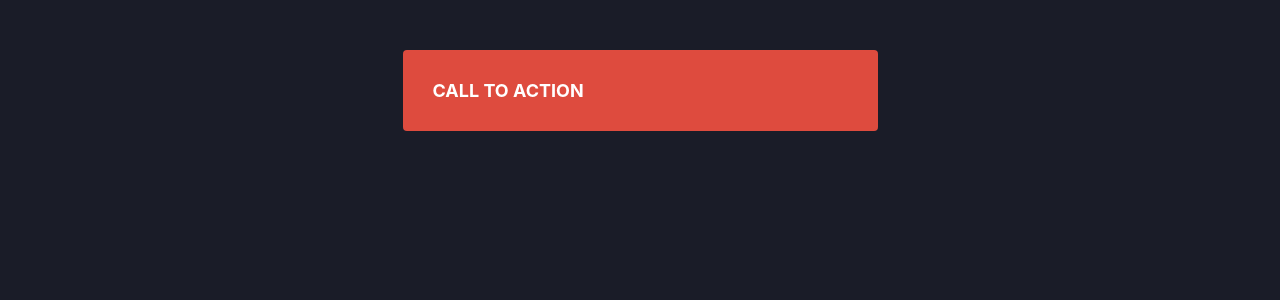
Repository: fdhhhdjd/React-Witth-Framer-Motion
Page: /img/1
The author's editor kept a copy of each file at every save. The page is drawn from the files as they stood at one save, then again after the next save.
The browser window is 1280 px wide. The pictures show the whole page.
The project was rebuilt for these pictures with package versions that can differ from the ones it lists, and the page was loaded fresh each time. Also part of the build but not shown: src/App.css, src/Component/ChooseImg/ChooseImg.js.

Above is the page before, as saved 2021-10-11 20:20:51.

### src/App.js
import logo from "./logo.svg";
import "./App.css";
import { Switch, BrowserRouter, Route } from "react-router-dom";
import { Dropdown, ChooseImg } from "./Import/Index";
function App() {
  return (
    <BrowserRouter>
      <Dropdown />
      <Switch>{/* <Route exact path="/" component={ChooseImg} /> */}</Switch>
    </BrowserRouter>
  );
}

export default App;

### src/Import/Index.js
export { default as Dropdown } from "../Page/Dropdown/Dropdown";
export { default as ChooseImg } from "../Component/ChooseImg/ChooseImg";

### src/Page/Dropdown/Dropdown.js
import React, { useState } from "react";
import "./Dropdown.css";
const Dropdown = () => {
  const [select, setSelect] = useState("Choose Item 😉 ");
  return (
    <div class="dropdown">
      <div class="dropdown__select">
        <span class="dropdown__selected">Call to action</span>
        <i class="fa fa-caret-down dropdown__caret"></i>
      </div>
      <ul class="dropdown__list">
        <li class="dropdown__item">
          <span class="dropdown__text">New project</span>
          <i class="fa fa-plus-circle dropdown__icon"></i>
        </li>
        <li class="dropdown__item">
          <span class="dropdown__text">View profile</span>
          <i class="fa fa-user dropdown__icon"></i>
        </li>
        <li class="dropdown__item">
          <span class="dropdown__text">Settings</span>
          <i class="fa fa-cog dropdown__icon"></i>
        </li>
        <li class="dropdown__item">
          <span class="dropdown__text">Logout</span>
          <i class="fa fa-circle dropdown__icon"></i>
        </li>
      </ul>
    </div>
  );
};

export default Dropdown;

### src/Page/Dropdown/Dropdown.css
html {
    font-size: 62.5%;
    font-family: "Poppins", sans-serif;
    background-color: #1a1c28;
  }
  * {
    box-sizing: border-box;
  }
  :root {
    --primary: #de4b3e;
    --secondary: #c74237;
  }
  .dropdown {
    width: 100%;
    max-width: 47.5rem;
    margin: 5rem auto;
    position: relative;
    color: white;
    text-transform: uppercase;
    font-size: 1.8rem;
    font-weight: bold;
    border-radius: 4px;
  }
  .dropdown__select {
    border-radius: inherit;
  }
  .dropdown__list {
    margin-top: 2.5rem;
    position: absolute;
    top: 100%;
    left: 0;
    right: 0;
    display: none;
  }
  .dropdown__list:before {
    content: "";
    height: 2.5rem;
    position: absolute;
    left: 0;
    right: 0;
    background-color: transparent;
    transform: translateY(-100%);
  }
  .dropdown:hover .dropdown__list {
    display: block;
  }
  .dropdown__select,
  .dropdown__item {
    width: 100%;
    padding: 3rem;
    background-color: var(--primary);
    display: flex;
    align-items: center;
    justify-content: space-between;
    cursor: pointer;
  }
  .dropdown__item {
    transition: background-color 0.2s linear;
  }
  .dropdown__item:first-child {
    border-radius: 4px 4px 0 0;
    position: relative;
  }
  .dropdown__item:first-child:before {
    content: "";
    position: absolute;
    top: 0;
    left: 3rem;
    border-left: 10px solid transparent;
    border-right: 10px solid transparent;
    border-bottom: 10px solid var(--primary);
    transform: translateY(-100%);
    transition: border-color 0.2s linear;
  }
  .dropdown__item:first-child:hover:before {
    border-bottom-color: var(--secondary);
  }
  .dropdown__item:last-child {
    border-radius: 0 0 4px 4px;
  }
  .dropdown__item:hover {
    background-color: var(--secondary);
  }

### src/Page/Dropdown/reset.css
/* http://meyerweb.com/eric/tools/css/reset/
   v2.0 | 20110126
   License: none (public domain)
*/

html,
body,
div,
span,
applet,
object,
iframe,
h1,
h2,
h3,
h4,
h5,
h6,
p,
blockquote,
pre,
a,
abbr,
acronym,
address,
big,
cite,
code,
del,
dfn,
em,
img,
ins,
kbd,
q,
s,
samp,
small,
strike,
strong,
sub,
sup,
tt,
var,
b,
u,
i,
center,
dl,
dt,
dd,
ol,
ul,
li,
fieldset,
form,
label,
legend,
table,
caption,
tbody,
tfoot,
thead,
tr,
th,
td,
article,
aside,
canvas,
details,
embed,
figure,
figcaption,
footer,
header,
hgroup,
menu,
nav,
output,
ruby,
section,
summary,
time,
mark,
audio,
video {
  margin: 0;
  padding: 0;
  border: 0;
  font-size: 100%;
  font: inherit;
  vertical-align: baseline;
}
/* HTML5 display-role reset for older browsers */
article,
aside,
details,
figcaption,
figure,
footer,
header,
hgroup,
menu,
nav,
section {
  display: block;
}
body {
  line-height: 1;
}
ol,
ul {
  list-style: none;
}
blockquote,
q {
  quotes: none;
}
blockquote:before,
blockquote:after,
q:before,
q:after {
  content: "";
  content: none;
}
table {
  border-collapse: collapse;
  border-spacing: 0;
}

Loaded but not shown: public/index.html (common file); src/index.js (common file); src/index.css (common file); src/reportWebVitals.js (common file)

After the next save:
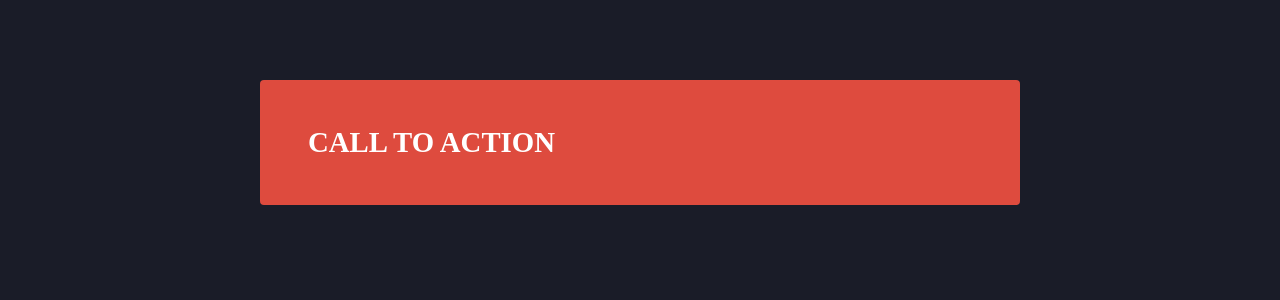
Saved 33 s later.
--- a/src/Page/Dropdown/Dropdown.js
+++ b/src/Page/Dropdown/Dropdown.js
@@ -1,5 +1,6 @@
 import React, { useState } from "react";
 import "./Dropdown.css";
+import "./reset.css";
 const Dropdown = () => {
   const [select, setSelect] = useState("Choose Item 😉 ");
   return (
